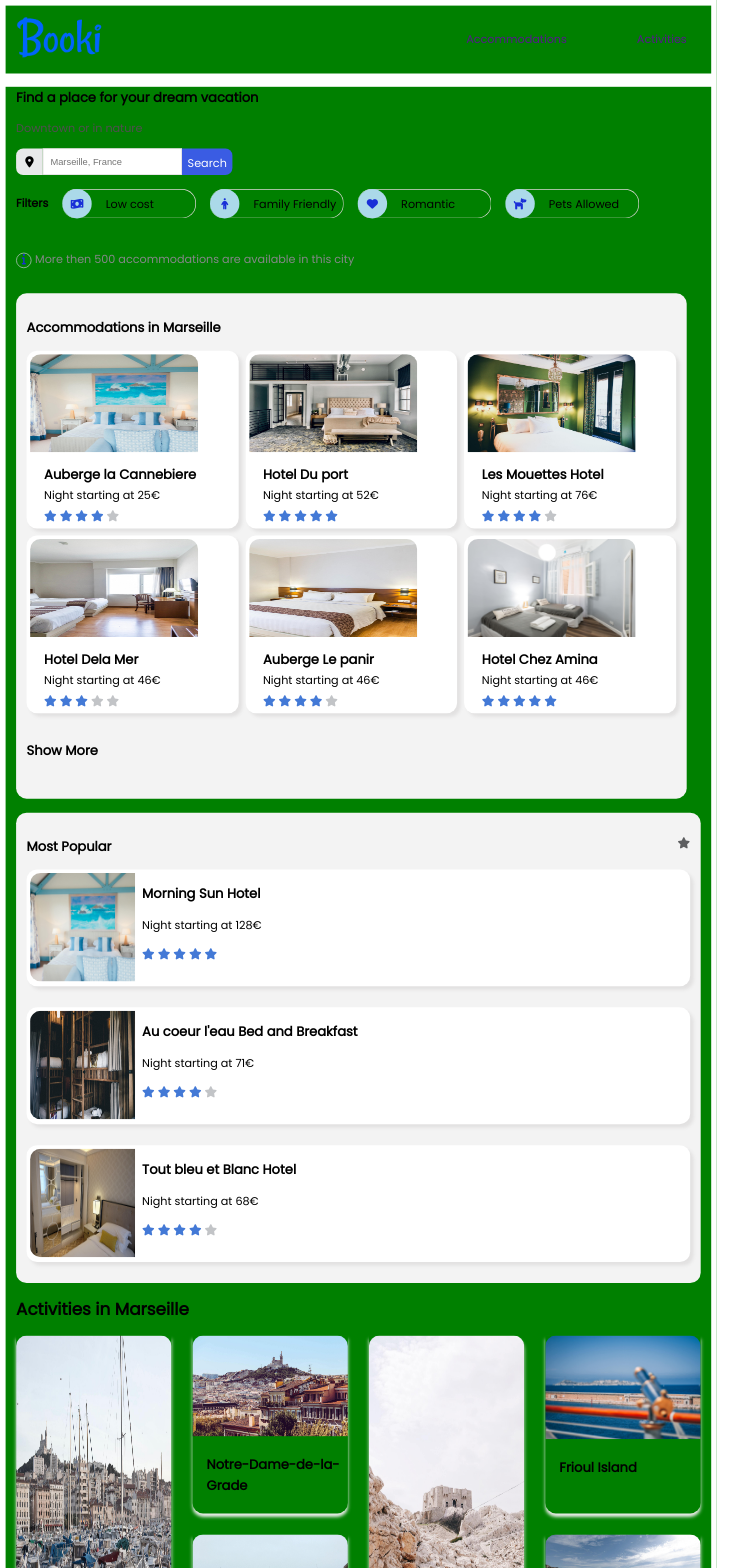
Repository: ailahin/booki
Page: index.html
These files come from the project's save history. The page is drawn as it stood at one moment and after the next save; the edit follows.
The browser window is 1024 px wide. The page is 1024 px wide, then 1043 px, so the pictures cover 1043 px, including what lies to the right of the window. The pictures show the part of the page from y = 0 to 2240 px (the page is 2764 px tall), at 70% of full size.
Some web fonts or font styles are not loaded; a fallback is used. Some web libraries are served in a nearby version.

Above is the page before, as saved 2023-07-19 04:05:50.

### index.html
<!DOCTYPE html>
<html lang="en">
<head>
    <meta charset="UTF-8">
    <meta http-equiv="X-UA-Compatible" content="IE=edge">
    <meta name="viewport" content="width=device-width, initial-scale=1.0">
    <title>Booki</title>
    <link rel="stylesheet" href="css/index.css">
    <link rel="stylesheet" href="https://fonts.googleapis.com/css?family=Poppins|Sofia|Trirong">

    <!-- Google fronts -->
    <link rel="preconnect" href="https://fonts.googleapis.com">
    <link rel="preconnect" href="https://fonts.gstatic.com" crossorigin>
    <link href="https://fonts.googleapis.com/css2?family=Poppins&display=swap" rel="stylesheet">

    <script src="https://kit.fontawesome.com/a5dfdf2455.js" crossorigin="anonymous"></script>

</head>
<body>
    <header class="body">
        <nav>
            <div class="navbar">
                <div class="booki">
                    <img src="images/logo/Booki.png" alt="">
                </div>

                <div class="nav-flex">
                    <div id="nav-accommodation-text">
                        <a href="">Accommodations</a>
                     </div>
                     <div id="nav-activities-text" class="activities">
                         <a href=""> Activities</a>
                     </div>
               </div>
            </div>
        </nav>
    </header>

   <main class="body">
    <section>
        <div>
            <h3 class="dream-vacation">Find  a place for your dream vacation</h3>
        <p class="downtown"> Downtown or in nature</p>
        </div>

        <div class="search-bar">
            <div class="search-icon"> <i class="fa-solid fa-location-dot"></i> </div>
            <div class="search-place">
                <div class="placeholder">
                <input type="search" name="marseille, France" placeholder="Marseille, France" id="marseille">
            </div>
        </div>
            <div class="search-btn">Search</div>
        </div>

        <div>
            <div class="filters-bar">


                <div class="filters">
                    <div class="filters-text">
                        <H4>Filters</H4>
                    </div>
                    <div class="cost">
                        <div class="filters-icon"> <i class="fa-solid fa-money-bill-wave" style="color: #192fd7;"></i></div>
                        <div class="icon">Low cost</div>
                    </div>

                       <div class="cost">
                        <div class="filters-icon"> <i class="fa-solid fa-person" style="color: #192fd7;"></i></div>
                        <div class="icon">Family Friendly</div>
                       </div>

                       <div class="cost">
                        <div class="filters-icon"> <i class="fa-solid fa-heart" style="color: #192fd7;"></i></div>
                        <div class="icon">Romantic</div>
                       </div>

                       <div class="cost">
                        <div class="filters-icon"> <i class="fa-solid fa-dog" style="color: #192fd7;"></i></div>
                        <div class="icon">Pets Allowed</div>
                       </div>


                </div>
            </div>

           <div>
            <div class="info">
                <div >
                    <i class="fa-solid fa-info" style="color: #192fd7;"></i>
                </div>

                <div>
                    <p> More then 500 accommodations are available in this city</p>
                </div>
            </div>
           </div>
        </div>


    </section>
    <section class="accomodations-details">

        <section class="all-accomodations" >

            <div>
                <h3>Accommodations in Marseille</h3>
            </div>

            <div class="all-accomodations-details">

                <div class="details-container">
                    <div>
                        <img src="images/hebergements/2_large/annie-spratt-Eg1qcIitAuA-unsplash.jpg" alt="">

                    </div>
                    <div class="details-text">
                        <h3>
                            Auberge la Cannebiere
                        </h3>
                        <div>
                            <p>
                                Night starting at 25€
                            </p>
                        </div>
                        <div>
                            <i class="fa-solid fa-star" style="color: #4379d6;"></i>
                            <i class="fa-solid fa-star" style="color: #4379d6;"></i>
                            <i class="fa-solid fa-star" style="color: #4379d6;"></i>
                            <i class="fa-solid fa-star" style="color: #4379d6;"></i>
                            <i class="fa-solid fa-star" style="color: #c2c4c7;"></i>
                        </div>
                    </div>
                </div>

                <div class="details-container">
                    <div><img src="images/hebergements/2_large/aw-creative-VGs8z60yT2c-unsplash.jpg" alt=""></div>
                    <div class="details-text">
                        <h3>Hotel Du port </h3>

                        <div>
                            <p>   Night starting at 52€ </p>
                        </div>
                        <div>
                            <i class="fa-solid fa-star" style="color: #4379d6;"></i>
                            <i class="fa-solid fa-star" style="color: #4379d6;"></i>
                            <i class="fa-solid fa-star" style="color: #4379d6;"></i>
                            <i class="fa-solid fa-star" style="color: #4379d6;"></i>
                            <i class="fa-solid fa-star" style="color: #4379d6;"></i>

                        </div>
                    </div>
                </div>
                <div class="details-container">
                    <div><img src="images/hebergements/2_large/emile-guillemot-Bj_rcSC5XfE-unsplash.jpg" alt=""></div>
                    <div class="details-text">
                        <h3> Les Mouettes Hotel</h3>

                        <div>
                            <p>
                                Night starting at 76€
                            </p>
                            <div>
                                <i class="fa-solid fa-star" style="color: #4379d6;"></i>
                                <i class="fa-solid fa-star" style="color: #4379d6;"></i>
                                <i class="fa-solid fa-star" style="color: #4379d6;"></i>
                                <i class="fa-solid fa-star" style="color: #4379d6;"></i>
                                <i class="fa-solid fa-star" style="color: #c2c4c7;"></i>
                            </div>
                        </div>
                    </div>
                </div>
                <div class="details-container">
                    <div><img src="images/hebergements/2_large/febrian-zakaria-M6S1WvfW68A-unsplash.jpg" alt=""></div>

                    <div class="details-text">
                        <h3>
                                Hotel Dela Mer
                        </h3>
                        <div>
                            <p> Night starting at 46€</p>
                        </div>
                        <div>
                            <i class="fa-solid fa-star" style="color: #4379d6;"></i>
                            <i class="fa-solid fa-star" style="color: #4379d6;"></i>
                            <i class="fa-solid fa-star" style="color: #4379d6;"></i>

                            <i class="fa-solid fa-star" style="color: #c2c4c7;"></i>
                            <i class="fa-solid fa-star" style="color: #c2c4c7;"></i>
                        </div>
                    </div>
                </div>
                <div class="details-container">
                    <div><img src="images/hebergements/2_large/febrian-zakaria-sjvU0THccQA-unsplash.jpg" alt=""></div>

                    <div class="details-text">
                        <h3>Auberge Le panir</h3>
                    </div>
                    <div class="details-text">
                        <p > Night starting at 46€ </p>
                    </div>
                    <div class="details-text">
                        <i class="fa-solid fa-star" style="color: #4379d6;"></i>
                        <i class="fa-solid fa-star" style="color: #4379d6;"></i>
                        <i class="fa-solid fa-star" style="color: #4379d6;"></i>
                        <i class="fa-solid fa-star" style="color: #4379d6;"></i>

                        <i class="fa-solid fa-star" style="color: #c2c4c7;"></i>

                    </div>


                </div>
                <div class="details-container">
                    <div><img src="images/hebergements/2_large/fred-kleber-gTbaxaVLvsg-unsplash.jpg" alt=""></div>

                    <div class="details-text">
                        <h3>Hotel Chez Amina</h3>
                        <div>
                            <p>Night starting at 46€</p>
                        </div>
                        <div>
                            <i class="fa-solid fa-star" style="color: #4379d6;"></i>
                            <i class="fa-solid fa-star" style="color: #4379d6;"></i>
                            <i class="fa-solid fa-star" style="color: #4379d6;"></i>
                            <i class="fa-solid fa-star" style="color: #4379d6;"></i>
                            <i class="fa-solid fa-star" style="color: #4379d6;"></i>

                        </div>
                    </div>


                </div>


            </div>

            <div class="show-more">
                <h3>Show More</h3>
            </div>

        </section>

        <section class="most-popular">

            <div class="most-popular-icon">
                <h3>
                    Most Popular
                </h3>
                <p>
                    <i class="fa-solid fa-star" style="color: #5d5e60" > </i>
                </p>


            </div>

            <div class="most-popular-details">
                <div class="popular-details-container">
                    <div>
                        <img src="images/hebergements/2_large/annie-spratt-Eg1qcIitAuA-unsplash.jpg" alt="">
                    </div>
                    <div class="popular-details-text">
                        <h3>Morning Sun Hotel</h3>
                        <p>Night starting at 128€</p>
                        <div>
                            <div>
                                <i class="fa-solid fa-star" style="color: #4379d6;"></i>
                                <i class="fa-solid fa-star" style="color: #4379d6;"></i>
                                <i class="fa-solid fa-star" style="color: #4379d6;"></i>
                                <i class="fa-solid fa-star" style="color: #4379d6;"></i>
                                <i class="fa-solid fa-star" style="color: #4379d6;"></i>

                            </div>
                        </div>
                    </div>
                </div>
                <div class="popular-details-container" >
                    <div>
                        <img src="images/hebergements/2_large/nicate-lee-kT-ZyaiwBe0-unsplash.jpg" alt="">
                    </div>
                    <div class="popular-details-text">
                        <h3>Au coeur l'eau Bed and Breakfast</h3>
                        <p>Night starting at 71€</p>
                        <div>
                            <i class="fa-solid fa-star" style="color: #4379d6;"></i>
                            <i class="fa-solid fa-star" style="color: #4379d6;"></i>
                            <i class="fa-solid fa-star" style="color: #4379d6;"></i>
                            <i class="fa-solid fa-star" style="color: #4379d6;"></i>
                            <i class="fa-solid fa-star" style="color: #c2c4c7;"></i>

                        </div>
                    </div>
                </div>
                <div class="popular-details-container">
                    <div>
                        <img src="images/hebergements/2_large/reisetopia-B8WIgxA_PFU-unsplash.jpg" alt="">
                    </div>
                    <div class="popular-details-text">
                        <h3>Tout bleu et Blanc Hotel</h3>
                        <p>Night starting at 68€</p>
                        <div>
                            <i class="fa-solid fa-star" style="color: #4379d6;"></i>
                            <i class="fa-solid fa-star" style="color: #4379d6;"></i>
                            <i class="fa-solid fa-star" style="color: #4379d6;"></i>
                            <i class="fa-solid fa-star" style="color: #4379d6;"></i>
                            <i class="fa-solid fa-star" style="color: #c2c4c7;"></i>

                        </div>
                    </div>
                </div>

            </div>



        </section>

    </section>

    <section>
        <div>
            <h1> Activities in Marseille</h1>
        </div>
        <div>
            <div class="activites-images">
                <div class="activites-container" id="one">
                  <div>
                    <img src="images/activites/2_large/reno-laithienne-QUgJhdY5Fyk-unsplash.jpg " alt="">
                  </div>

                  <div class="text-container">
                    <h3>Old Port</h3>
                </div>
                </div>
                <div class="activites-container" id="two">
                    <div>
                        <img src="images/activites/2_large/florian-wehde-xW9e8gdotxI-unsplash.jpg" alt="">
                    </div>
                    <div class="text-container">
                        <h3>Notre-Dame-de-la-Grade</h3>
                    </div>
                </div>
                <div  class="activites-container" id="three">
                    <div>
                        <img src="images/activites/2_large/lena-paulin-wH2-EJoDcV0-unsplash.jpg" alt="">
                    </div>
                    <div class="text-container">
                        <h3>Longchamp Park </h3>
                    </div>
                 </div>
                <div class="activites-container" id="four">
                    <div>
                        <img src="images/activites/2_large/paul-hermann-QFTrLdQIRhI-unsplash.jpg" alt="">
                    </div>

                    <div class="text-container">
                        <h3>Pomegués Fort</h3>
                    </div>
                </div>
                <div class="activites-container" id="five">
                   <div>
                    <img src="images/activites/2_large/kevin-hikari-rV_Qd1l-VXg-unsplash.jpg " alt="">
                   </div>
                   <div class="text-container">
                    <h3> Frioul Island </h3>
                   </div>
                </div>
                <div class="activites-container" id="six">
                    <div>
                        <img src="images/activites/2_large/kilyan-sockalingum-NR8-cBCN3aI-unsplash.jpg" alt="">
                    </div>

                    <div class="text-container">
                        <h3>Calanques National Park</h3>
                    </div>
                </div>
            </div>
        </div>
    </section>
   </main>

    <footer class="footer-main">
        <section>
            <div class="footer">
                <div class="about">
                    <h3> About</h3>
                    <p> Site Map</p>
                    <p>General Terms and Conditions  </p>
                    <p>Data and Privacy </p>


                </div>
                <div class="accommodations">
                    <h3> Our Accommodations</h3>
                    <p>Quality Assistant</p>
                    <p>You have a hotel ?</p>

                </div>

                <div class="assistance">
                        <h3>
                            Assistance
                        </h3>

                        <p>Help Desk</p>
                        <p>Contact Us</p>
                </div>
            </div>
        </section>

    </footer>

</body>
</html>

### css/index.css
.body{
    font-family: "poppins", sans-serif;
    padding-left: 15px;
    padding-right: 15px;
}
.navbar{
    display: flex;
    flex-direction: row;
    justify-content:space-between;
    align-items: center;
}

.nav-flex{
    display:flex;
    padding-left: 20px;
    padding-right: 20px;
    justify-content:space-around;
}
.nav-flex a{
    text-decoration: none;
}
.nav-flex a:hover{
    border-top: 2px solid blue;
    color: blue;
    padding-top: 30px;


}
.dream-vacation{

}
.downtown{
    color: rgb(80, 79, 79);

}
.activities{
    margin-left: 100px;
}

.search-bar{
    display:flex;
    align-items: center;


}
.search-icon{
    display: flex;
    background-color: rgb(232, 233, 234);
    height:38px;
    width: 38px;
    align-items: center;
    justify-content: center;
    border-radius: 10px 0 0 10px;

}
.placeholder input{
   height: 38px;
   border-left: 0px;
   border-right: 0px;
   border: 1px solid rgb(220, 218, 218);
   padding: 10px;
}
.placeholder{


}

 .search-place{


 }



.search-btn{
    background-color: rgb(58, 92, 227);
    color:white;
    height: 22px;
    padding:8px;
    border-radius: 0  10px 10px 0;
}
.filters-bar{
    margin-top: 20px;

}

.cost{
    display: flex;
    border: 1px solid;
    border-left: 0px;
   border-color: rgb(220, 215, 215);
   height: 40px;
   width: 190px;
   align-items: center;
   gap: 20px;
   border-radius: 20px;
}
.filters-icon{
    display: flex;
    background-color: rgb(171, 217, 233);
    height:42px ;
    width: 42px;
    align-items: center;
    border-radius: 100%;
    justify-content: center;
}
.filters{
    display: flex;
    gap: 20px;
}
.filters-text{
   display: flex;
   height: 38px;
   align-items: center;
}

.fa-info{
    display: flex;
    border: 1px rgb(193, 200, 207) solid;
    border-radius: 100%;
    width: 20px;
    height: 20px;
    align-items: center;
    justify-content: center;
}
.info{
    display: flex;
    align-items: center;
    text-align: center;
    gap:5px;
    margin-top: 30px;
}
.info p{
    color: rgb(133, 135, 137);
}

.accomodations-details{
    display: flex;

}
.all-accomodations{
    width: 66%;
    background-color:rgb(243, 243, 243);
    padding: 15px;
    margin-top: 20px;
    margin-right: 20px;
    border-radius: 15px;
}

.show-more{
    padding-top: 20px;
    padding-bottom: 20px;
}
.most-popular{
    width: 34%;
    background-color:rgb(243, 243, 243);
    padding:15px;
    margin-top: 20px;
    border-radius: 15px;
    padding-bottom: 30px;

}
.most-popular-icon{
    display: flex;
    justify-content: space-between;

}
.all-accomodations-details img{
    width: 240px;
    height: 140px;
    border-top-left-radius: 15px;
    border-top-right-radius: 15px;

}
.all-accomodations-details{
   display: grid;
   grid-template-columns: repeat(3, 1fr);
   gap: 10px;

}

.details-container{
    background-color:white;
    padding: 5px;
    border-radius: 15px;
    box-shadow: 5px 5px 5px 0px rgb(226, 225, 225);


}

.details-text {
margin-left: 20px;
line-height: .3cm;
margin-bottom: 5px;


}
.most-popular-details{
    display: grid;
    grid-template-rows: repeat(3, 1fr);
    gap:30px;


}
.popular-details-container img{
    width:150px;
    height: 155px;
    border-top-left-radius: 15px;
    border-bottom-left-radius: 15px;
    margin-top: 2px;
    margin-left: 2px;

}
.popular-details-container{
    display: flex;
    background-color:white;
    padding-top: 3px;
    padding-left: 3px;
    border-radius: 15px;
    box-shadow: 5px 5px 5px 0px rgb(226, 225, 225);
}
.popular-details-text{
    margin-left: 10px;
    line-height: .7cm;

}

.activites-images img{
    width: 100%;
    border-top-left-radius: 15px;
    border-top-right-radius: 15px;



  }

  .activites-images {
    display: grid;
    grid-template-columns: repeat(4, 1fr);
    gap: 30px;
    margin-bottom: 80px;

  }

  .activites-container{
    box-shadow: 0px 5px 5px 0px rgb(239, 238, 238);
    border-bottom-left-radius: 15px;
    border-bottom-right-radius: 15px;
  }


#one{
    grid-row: 1/3;
    grid-row: 1 / 3;

}

#one img{

    height: 472px;

}

.text-container{

    margin-left: 20px;

}

#two{

}
#three{
    grid-column: 2/3;
    grid-row:2/3 ;
}
#three img{
   height: 183px;

}
#four {
    grid-row: 1/3;
    border-top-right-radius: 15px;
}

#four img {

    height: 475px;
}

#five{
    grid-column: 4/5;
    grid-row:1/2 ;
}
#six{
    grid-column: 4/5;
    grid-row:2/3 ;
}

.footer{
    display: flex;
    justify-content: space-between;
    background-color:rgb(243, 243, 243);
    font-family: "poppins", sans-serif;
    margin-right: 200px;
}
.footer p{
    color: rgb(146, 145, 145);
}
.footer-main{
    background-color:rgb(243, 243, 243);
    padding: 15px;

}



 @media only screen and (max-width: 400px){
    .nav-flex{

    }
    .nav-flex a:hover{
        border-bottom: 2px solid blue;
        color: blue;
        padding-top: 1px;
        border-top: 2px white solid;
    }


    }








/* Extra small devices (phones, 600px and down) */
@media only screen and (max-width: 768px) {
    .navbar{
       display: flex;
       flex-wrap: wrap;
       justify-content: center;
       align-items: center;
       margin-bottom: 30px;


    };

    .nav-flex{

    }

    .filters {
        width: 100%;
        display:flex;
        flex-direction: column;
        flex-wrap:wrap;

    }
    .accomodations-details{
        display: flex;
        flex-direction:column-reverse;
        flex-wrap: wrap;
    }
    .all-accomodations{
        width: 100%;
        align-items: center;
        justify-content: center;

    }
    .all-accomodations-details{
        display: flex;
        flex-direction: row;
        flex-wrap: wrap;
        align-items: center;
        justify-content: center;

    }

    .most-popular{
        width: 100%;

    }


    .most-popular-details img{
        width:150px;
        height: 155px;
        border-top-left-radius: 15px;
        border-bottom-left-radius: 15px;
        margin-top: 2px;
        margin-left: 2px;

    }


.footer{
    display: flex;
    flex-direction: column;
}

.activites-images {
   display: flex;
   flex-direction: column-reverse;


}

  }



  /* Small devices (portrait tablets and large phones, 600px and up) */
  @media only screen and (min-width: 768px) and ( max-width: 1200px) {
    .body {background: green;}

    .accomodations-details{
        display: flex;
        flex-wrap: wrap;
        align-items: center;
        justify-content: center;
    }
    .all-accomodations{
        width: 100%;
        align-items: center;
        justify-content: center;

    }

    .most-popular{
        width: 100%;

    }


    .most-popular-details img{
        width:150px;
        height: 155px;
        border-top-left-radius: 15px;
        border-bottom-left-radius: 15px;
        margin-top: 2px;
        margin-left: 2px;

    }





  }

  /* Medium devices (landscape tablets, 768px and up) */
  @media only screen and (max-width: 1000px) and ( min-width: 600px) {



}

  /* Large devices (laptops/desktops, 992px and up) */
  @media only screen and (min-width: 992px) {


  }

  /* Extra large devices (large laptops and desktops, 1200px and up) */
  @media only screen and (min-width: 1200px) {


  }

After the next save:
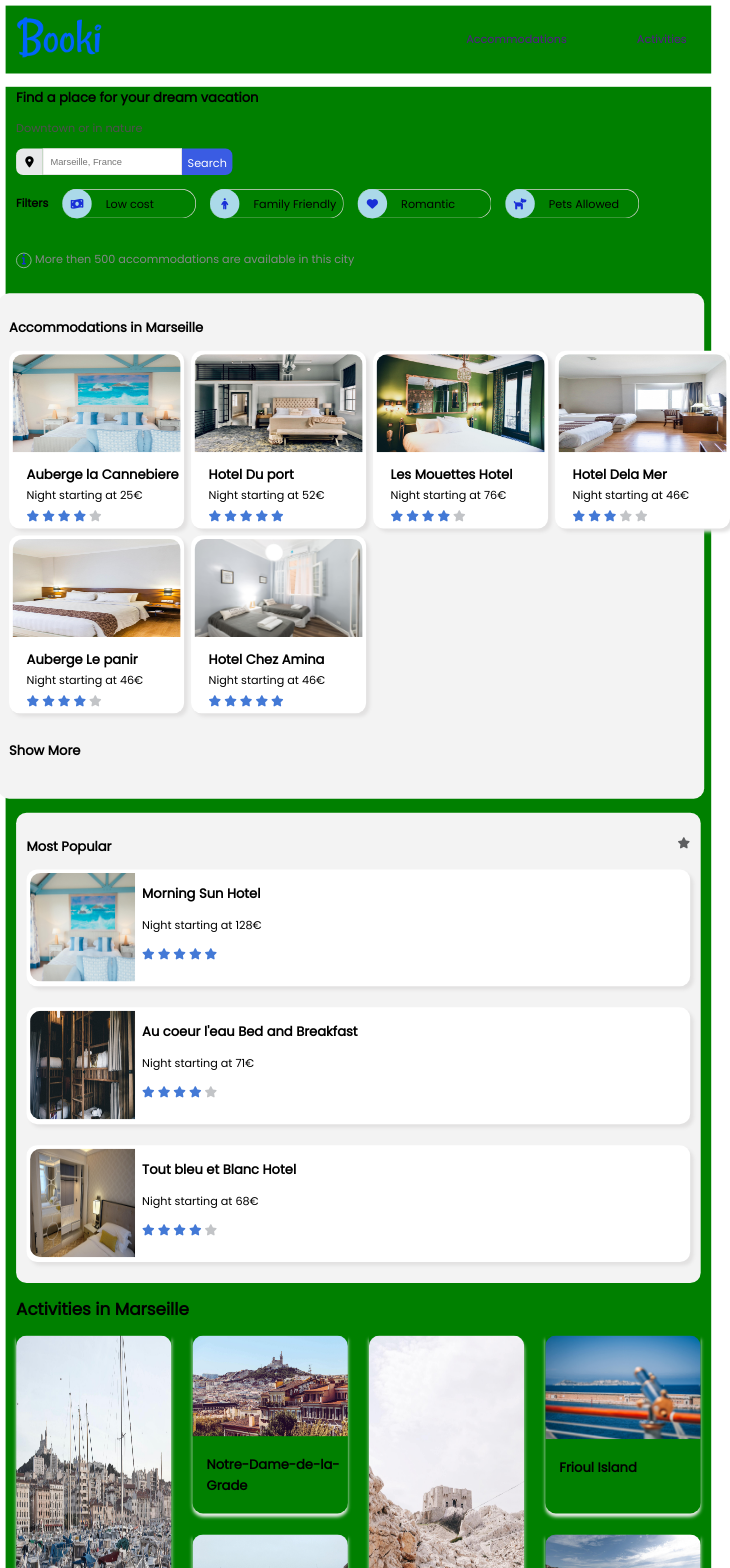
Saved 2 min 52 s later.
--- a/css/index.css
+++ b/css/index.css
@@ -428,6 +428,11 @@ margin-bottom: 5px;
         justify-content: center;
 
     }
+    .all-accomodations-details{
+        display: grid;
+        grid-template-columns: repeat(4, 1fr);
+        gap: 10px;
+     }
 
     .most-popular{
         width: 100%;
